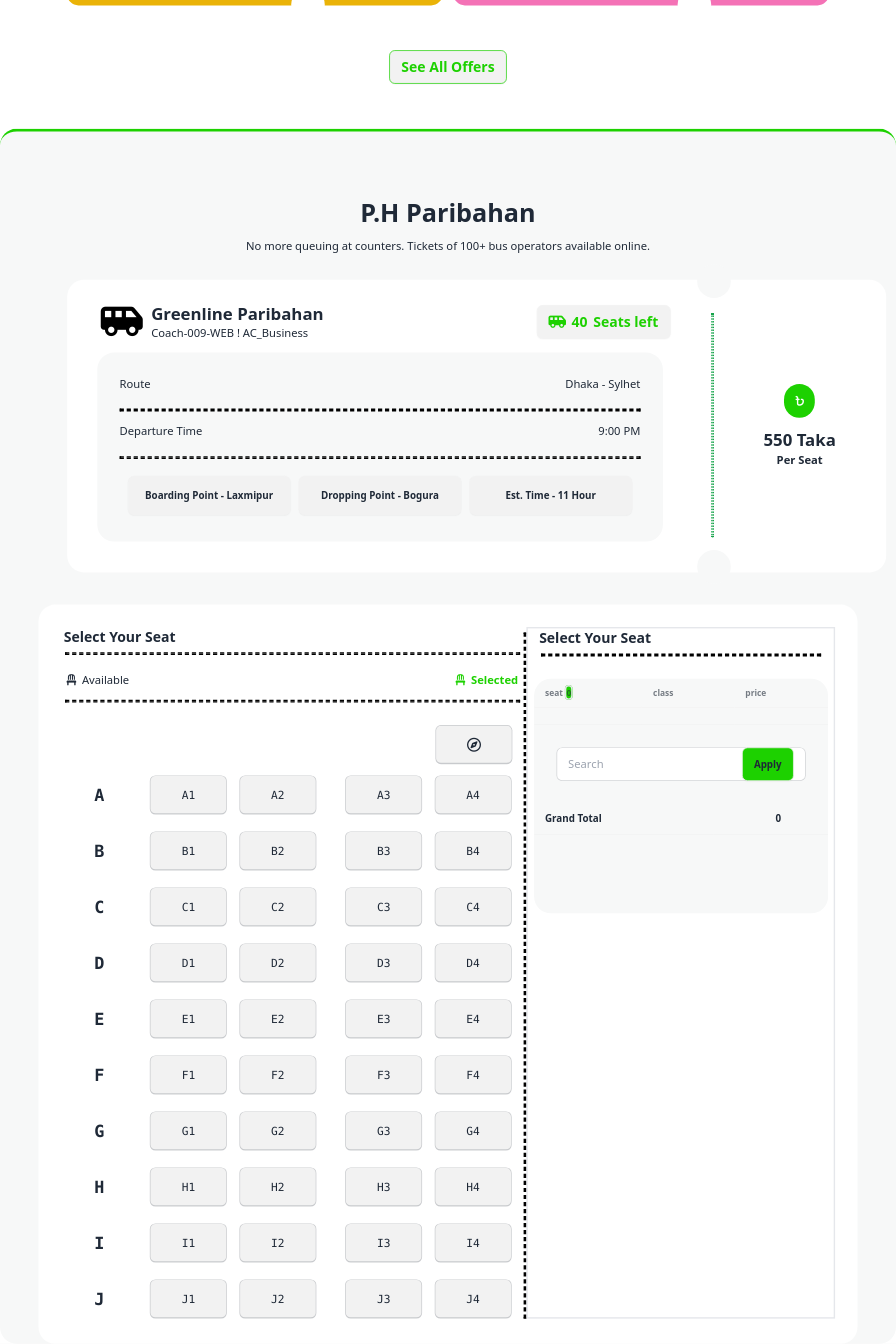
Repository: RudrasahaDibos/Smart-ticketing
Page: index.html
The author's editor kept a copy of each file at every save. The page is drawn from the files as they stood at one save, then again after a run of saves.
The browser window is 1280 px wide. The pictures show the part of the page from y = 1134 to 3054 px (the page is 3054 px tall), at 70% of full size.
Some web fonts or font styles are not loaded; a fallback is used. Some web libraries are served in a nearby version.

Above is the page before, as saved 2024-11-10 16:08:18.

### index.html
<!DOCTYPE html>
<html lang="en">
  <head>
    <meta charset="UTF-8">
    <meta name="viewport" content="width=device-width, initial-scale=1.0">
    <title>Smart-ticketing</title>
    <!-- tailwind link -->
    <link href="https://cdn.jsdelivr.net/npm/daisyui@4.12.14/dist/full.min.css"
      rel="stylesheet" type="text/css" />
    <script src="https://cdn.tailwindcss.com"></script>
    <!-- font awesome link -->
    <link rel="stylesheet"
      href="https://cdnjs.cloudflare.com/ajax/libs/font-awesome/6.6.0/css/all.min.css"
      integrity="sha512-Kc323vGBEqzTmouAECnVceyQqyqdsSiqLQISBL29aUW4U/M7pSPA/gEUZQqv1cwx4OnYxTxve5UMg5GT6L4JJg=="
      crossorigin="anonymous" referrerpolicy="no-referrer" />

    <!-- google fonts  -->
    <link rel="preconnect" href="https://fonts.googleapis.com">
    <link rel="preconnect" href="https://fonts.gstatic.com" crossorigin>
    <link
      href="https://fonts.googleapis.com/css2?family=Anton+SC&family=Manrope:wght@200..800&family=Raleway:ital,wght@0,100..900;1,100..900&display=swap"
      rel="stylesheet">

    <style>
.raleway{
  font-family: "Raleway", sans-serif;
}
</style>

  </head>
  <body>
    <!-- header ends here -->
    <header class="container mx-auto lg:pl-24 lg:pr-24 lg:pt-4 w-[1400px]">
      <div>
        <!-- navbar starts here -->
        <div class="navbar bg-base-100">
          <div class="navbar-start">
            <div class="dropdown">
              <div tabindex="0" role="button" class="btn btn-ghost lg:hidden">
                <svg
                  xmlns="http://www.w3.org/2000/svg"
                  class="h-5 w-5"
                  fill="none"
                  viewBox="0 0 24 24"
                  stroke="currentColor">
                  <path
                    stroke-linecap="round"
                    stroke-linejoin="round"
                    stroke-width="2"
                    d="M4 6h16M4 12h8m-8 6h16" />
                </svg>
              </div>
              <ul
                tabindex="0"
                class="menu menu-sm dropdown-content bg-base-100 rounded-box z-[1] mt-3 w-52 p-2 shadow">
                <li><a>Home</a></li>
                <li><a>About</a></li>
                <li><a>Destination</a></li>
                <li><a>Search</a></li>
              </ul>
            </div>
            <a class="btn btn-ghost text-2xl font-extrabold">E-Ticket</a>
          </div>
          <div class="navbar-center hidden lg:flex">
            <ul class="menu menu-horizontal px-1">
              <li><a>Home</a></li>
              <li><a>About</a></li>
              <li><a>Destination</a></li>
              <li><a>Search</a></li>
            </ul>
          </div>
          <div class="navbar-end">
            <a class="btn text-[#1DD100]  border-1  text-xl">Bus <i
                class="fa-solid fa-van-shuttle"></i></a>
          </div>
        </div>
      </div>

      <!-- banner start here -->

      <div
        class="hero h-[550px] mt-8 bg-[url('/images/banner.png')] rounded-3xl relative">

        <div class="hero-content text-neutral-content text-center">
          <div class>
            <h1 class="mb-5 text-5xl font-extrabold">End-to-End Travel with <br>
              <span class="text-5xl text-[#1DD100]  font-extrabold">P
                Paribahan</span></h1>
            <p class="mb-5">
              A one-stop solution for your travel needs

              Introducing you to the Shohoz way of life
            </p>
            <button class="btn bg-[#1DD100] border-none">Buy Tickets</button>
          </div>
        </div>
      </div>

      <!-- banner end here -->

      <!-- 3 card start here  -->

      <div
        class=" flex justify-between items-center gap-4 pl-16 pr-16 absolute -bottom-4   ">
        <div
          class="stat flex bg-white justify-center items-center shadow-xl  border-b-4 border-b-[#1DD100]  rounded-2xl w-[338px] h-[138px]">
          <div class="text-[#1DD100] text-2xl font-extrabold ">
            <i class="fa-solid fa-users"></i>
          </div>

          <div>
            <div class="stat-value">500K+</div>
            <div class="stat-desc text-xl ">Registered users</div>
          </div>

        </div>

        <div
          class="stat flex bg-white justify-center items-center  border-b-4 border-b-[#1DD100] shadow-xl  rounded-2xl w-[338px] h-[138px]">
          <div class="text-[#1DD100] text-2xl font-extrabold ">
            <i class="fa-solid fa-ticket  "></i>

          </div>

          <div>
            <div class="stat-value">1.7 lacks</div>
            <div class="stat-desc text-xl ">Tickets sold</div>
          </div>

        </div>

        <div
          class="stat flex bg-white justify-center items-center  border-b-4 border-b-[#1DD100] shadow-xl  rounded-2xl w-[338px] h-[138px]">
          <div class="text-[#1DD100] text-2xl font-extrabold ">
            <i class="fa-solid fa-van-shuttle"></i>

          </div>

          <div>
            <div class="stat-value">80K+</div>
            <div class="stat-desc text-xl ">Rental partners</div>
          </div>

        </div>
      </div>

      <!-- 3 card ends here -->

      <!-- navbar Ends here -->
    </header>
    <!-- header ends here -->

    <!-- main start here -->
    <main class>
      <!-- Best offers for you start here -->
      <section
        class="mt-40 container mx-auto  lg:pl-24 lg:pr-24 lg:pt-4 w-[1400px]">
        <h1 class="text-4xl font-semibold text-center">Best offers for you</h1>
        <!-- two card start here -->
        <div class="flex  flex-col lg:flex-row gap-4 mt-10">
          <div class="bg-yellow-500  w-[573px] h-[220px]  rounded-2xl">

            <div>

              <div class=" w-[50%] mt-14 ml-14">
                <h1 class="text-4xl font-extrabold">15% OFF</h1>
                <p class="text-xl font-bold">on your next purchase</p>
                <p class="text-xl font-bold">use by January 2024</p>
              </div>

              <div class=" w-1/4 -mt-20 ml-auto mr-14  text-center">
                <h1 class="text-4xl font-extrabold">NEW15</h1>
                <p class="text-xl font-bold">Coupon Code</p>

              </div>
            </div>
            <p
              class="bg-white w-[48px] h-[48px] absolute mx-auto rounded-full ml-80 -mt-40  "></p>
            <p
              class="bg-white w-[48px] h-[48px] absolute mx-auto rounded-full ml-80 mt-[55px]  "></p>
            <p
              class="border-2 border-dotted border-white relative w-0 h-32 -mt-[95px] ml-[343px]  "></p>

          </div>
          <div class="bg-pink-400   w-[573px] h-[220px] rounded-2xl">
            <div>

              <div class=" w-[50%] mt-14 ml-14">
                <h1 class="text-4xl font-extrabold">20% OFF</h1>
                <p class="text-xl font-bold">on your next purchase</p>
                <p class="text-xl font-bold">use by January 2024</p>
              </div>

              <div class="  w-2/4 -mt-20 ml-[300px] mr-14  text-center">
                <h1 class="text-4xl font-extrabold">Couple 20</h1>
                <p class="text-xl font-bold">Coupon Code</p>

              </div>
            </div>
            <p
              class="bg-white w-[48px] h-[48px] absolute mx-auto rounded-full ml-80 -mt-40  "></p>
            <p
              class="bg-white w-[48px] h-[48px] absolute mx-auto rounded-full ml-80 mt-[55px]  "></p>
            <p
              class="border-2 border-dotted border-white relative w-0 h-32 -mt-[95px] ml-[343px]  "></p>
          </div>
        </div>
        <div class=" text-center mt-16">
          <a class="btn text-[#1DD100]  border-1 border-[#1DD100] text-xl">See
            All Offers
          </a>
        </div>
        <!-- two card end here -->
      </section>

      <!-- Best offers for you ends here -->
      <!-- tickeing process start here -->
      <section
        class="bg-[#F7F8F8] w-full min-h-screen rounded-3xl mt-16 border-t-4 border-t-[#1DD100]">

        <div class="container mx-auto  lg:pl-24 lg:pr-24 lg:pt-4 w-[1400px]">
          <h1 class="text-4xl font-semibold text-center mt-20">P.H Paribahan
          </h1>
          <p class=" text-center w-[736px] h-[60px] mx-auto mt-4">No more
            queuing at counters. Tickets of 100+ bus operators available online.
          </p>
          <!-- Greenline Paribahan  start here-->

          <div
            class="bg-[#FFFFFF] w-[1170px] h-[418px] rounded-3xl  container mx-auto p-8 flex justify-between ">
            <div class=" w-3/4">
              <!-- Coach-009-WEB ! AC_Business start here -->
              <div class="flex justify-between ">

                <div class="flex justify-center items-center gap-3 ml-4 ">
                  <div class="text-5xl text-black  ">
                    <i class="fa-solid fa-van-shuttle "></i>
                  </div>
                  <div>
                    <h1 class="text-2xl font-bold">Greenline Paribahan</h1>
                    <p>Coach-009-WEB ! AC_Business</p>
                  </div>
                </div>

                <div class="flex felx-col justify-end mt-1">
                  <a class="btn text-[#1DD100]  border-1  text-xl"> <i
                      class="fa-solid fa-van-shuttle"></i> <span>40</span> Seats
                    left </a>
                </div>
              </div>
              <!-- Coach-009-WEB ! AC_Business end here -->

              <!-- Dhaka - Sylhet starts here -->
              <div
                class="bg-[#F7F8F8] w-[808px] h-[270px] mt-4 mx-auto rounded-3xl">

                <div class>
                  <div class="flex justify-between p-4 ">
                    <h1 class="ml-4 mt-4">Route</h1>
                    <h1 class="mr-4 mt-4">Dhaka - Sylhet</h1>
                  </div>

                  <div
                    class="border-dashed border-black border-2 mt-2  w-[744px] mx-auto h-0"></div>

                  <div class="flex justify-between p-4 ">
                    <h1 class="ml-4">Departure Time</h1>
                    <h1 class="mr-4">9:00 PM</h1>
                  </div>
                  <div
                    class="border-dashed border-black border-2 mt-2  w-[744px] mx-auto h-0"></div>

                  <div class="mt-2 p-4 flex justify-center items-center gap-3">
                    <button class="btn   w-[232px] h-[56px]">Boarding Point -
                      Laxmipur</button>
                    <button class="btn  w-[232px] h-[56px]">Dropping Point -
                      Bogura</button>
                    <button class="btn  w-[232px] h-[56px]">Est. Time - 11
                      Hour</button>
                  </div>
                </div>
              </div>
              <!-- Dhaka - Sylhet end here -->

            </div>

            <div
              class=" text-center flex flex-col justify-center items-center mr-10">
              <i
                class="fa-solid fa-bangladeshi-taka-sign bg-[#1DD100] rounded-full  p-4 text-white "></i>
              <h1 class="text-2xl font-semibold mt-4"><span>550</span> Taka</h1>
              <p class="font-bold">Per Seat</p>
            </div>

          </div>
          <p
            class="bg-[#F7F8F8] w-[48px] h-[48px] absolute mx-auto rounded-full ml-[900px] -mt-[440px]  "></p>
          <p
            class="bg-[#F7F8F8] w-[48px] h-[48px] absolute mx-auto rounded-full ml-[900px] -mt-8  "></p>
          <p
            class="border-2 border-dotted border-green-600 relative w-0 h-80 -mt-[370px] ml-[920px]  "></p>

          <!-- Greenline Paribahan  ends here-->
        </div>

        <!-- Select Your Seat star here  -->
        <div
          class="bg-[#FFFFFF] w-[1170px] h-[1056px] rounded-3xl mt-24 container mx-auto  ">

          <div class="flex justify-between p-8">
            <div class="w-3/5 ">
              <p class="font-semibold text-xl ml-1">Select Your Seat</p>
              <div
                class="border-dashed border-black border-2 mt-2  w-[650px] mx-auto h-0"></div>
              <!-- seat available start here -->
              <div class="flex justify-between mt-4">

                <div class="flex gap-2 justify-center items-center p-2 ">
                  <i class="fa-solid fa-chair"></i>
                  <p>Available</p>
                </div>
                <div
                  class="flex gap-2 justify-center items-center p-2 text-[#1DD100] ">
                  <i class="fa-solid fa-chair font-bold"></i>
                  <p class="font-bold">Selected</p>
                </div>

              </div>
              <!-- seat available ends here -->
              <div
                class="border-dashed border-black border-2 mt-2  w-[650px] mx-auto h-0"></div>
                <!-- seat planing start here -->
               <div class="mt-8">
                    <div class="text-end  mr-4">
                      <kbd class="kbd  h-[56px] w-[110px] text-center mx-auto "><i class="fa-regular fa-compass text-xl"></i></kbd>
                    </div>
                    <!-- seat  start here-->
                     <div class="flex  justify-between">
                          <!-- seat is with door start -->
                          <div class="grid grid-cols-3  w-3/5 ">
                                  <div class="mx-auto mt-4 space-y-6">
                                    <kbd class="kbd  w-[110px] h-[56px] bg-[#ffffff]  border-none font-bold text-2xl">A</kbd>
                                    <kbd class="kbd  w-[110px] h-[56px]  bg-[#ffffff] border-none font-bold text-2xl">B</kbd>
                                    <kbd class="kbd  w-[110px] h-[56px]  bg-[#ffffff] border-none font-bold text-2xl">C</kbd>
                                    <kbd class="kbd  w-[110px] h-[56px]  bg-[#ffffff] border-none font-bold text-2xl">D</kbd>
                                    <kbd class="kbd  w-[110px] h-[56px]  bg-[#ffffff] border-none font-bold text-2xl">E</kbd>
                                    <kbd class="kbd  w-[110px] h-[56px]  bg-[#ffffff] border-none font-bold text-2xl">F</kbd>
                                    <kbd class="kbd  w-[110px] h-[56px]  bg-[#ffffff] border-none font-bold text-2xl">G</kbd>
                                    <kbd class="kbd  w-[110px] h-[56px]  bg-[#ffffff] border-none font-bold text-2xl">H</kbd>
                                    <kbd class="kbd  w-[110px] h-[56px]  bg-[#ffffff] border-none font-bold text-2xl">I</kbd>
                                    <kbd class="kbd  w-[110px] h-[56px]  bg-[#ffffff] border-none font-bold text-2xl">J</kbd>
                                  </div>

                                  <div class="mt-4 space-y-6">
                                    <kbd class="kbd w-[110px] h-[56px] ">A1</kbd>
                                    <kbd class="kbd w-[110px] h-[56px] ">B1</kbd>
                                    <kbd class="kbd w-[110px] h-[56px] ">C1</kbd>
                                    <kbd class="kbd w-[110px] h-[56px] ">D1</kbd>
                                    <kbd class="kbd w-[110px] h-[56px] ">E1</kbd>
                                    <kbd class="kbd w-[110px] h-[56px] ">F1</kbd>
                                    <kbd class="kbd w-[110px] h-[56px] ">G1</kbd>
                                    <kbd class="kbd w-[110px] h-[56px] ">H1</kbd>
                                    <kbd class="kbd w-[110px] h-[56px] ">I1</kbd>
                                    <kbd class="kbd w-[110px] h-[56px] ">J1</kbd>
                                  </div>

                                  <div class="mt-4 space-y-6">
                                    <kbd class="kbd w-[110px] h-[56px] ">A2</kbd>
                                    <kbd class="kbd w-[110px] h-[56px] ">B2</kbd>
                                    <kbd class="kbd w-[110px] h-[56px] ">C2</kbd>
                                    <kbd class="kbd w-[110px] h-[56px] ">D2</kbd>
                                    <kbd class="kbd w-[110px] h-[56px] ">E2</kbd>
                                    <kbd class="kbd w-[110px] h-[56px] ">F2</kbd>
                                    <kbd class="kbd w-[110px] h-[56px] ">G2</kbd>
                                    <kbd class="kbd w-[110px] h-[56px] ">H2</kbd>
                                    <kbd class="kbd w-[110px] h-[56px] ">I2</kbd>
                                    <kbd class="kbd w-[110px] h-[56px] ">J2</kbd>
                                  </div>
                          </div>
                         <!-- seat is with door end -->

                          <!-- seat is driver start -->
                            <div class="grid grid-cols-2   w-2/5 ml-6">
                                    <div class="mx-auto mt-4 space-y-6">
                                      <kbd class="kbd w-[110px] h-[56px] ">A3</kbd>
                                      <kbd class="kbd w-[110px] h-[56px] ">B3</kbd>
                                      <kbd class="kbd w-[110px] h-[56px] ">C3</kbd>
                                      <kbd class="kbd w-[110px] h-[56px] ">D3</kbd>
                                      <kbd class="kbd w-[110px] h-[56px] ">E3</kbd>
                                      <kbd class="kbd w-[110px] h-[56px] ">F3</kbd>
                                      <kbd class="kbd w-[110px] h-[56px] ">G3</kbd>
                                      <kbd class="kbd w-[110px] h-[56px] ">H3</kbd>
                                      <kbd class="kbd w-[110px] h-[56px] ">I3</kbd>
                                      <kbd class="kbd w-[110px] h-[56px] ">J3</kbd>
                                    </div>
                                    <div class="mx-auto mt-4 space-y-6">
                                      <kbd class="kbd w-[110px] h-[56px] ">A4</kbd>
                                      <kbd class="kbd w-[110px] h-[56px] ">B4</kbd>
                                      <kbd class="kbd w-[110px] h-[56px] ">C4</kbd>
                                      <kbd class="kbd w-[110px] h-[56px] ">D4</kbd>
                                      <kbd class="kbd w-[110px] h-[56px] ">E4</kbd>
                                      <kbd class="kbd w-[110px] h-[56px] ">F4</kbd>
                                      <kbd class="kbd w-[110px] h-[56px] ">G4</kbd>
                                      <kbd class="kbd w-[110px] h-[56px] ">H4</kbd>
                                      <kbd class="kbd w-[110px] h-[56px] ">I4</kbd>
                                      <kbd class="kbd w-[110px] h-[56px] ">J4</kbd>
                                    </div>
                            </div>
                            <!-- seat is driver end -->
                     </div>

                     <!-- seat end here -->
               </div>

               <!-- seat planing end here -->



            </div>









            <div
              class="border-dashed border-black border-2 mt-2  w-[0px] mx-auto h-[980px]"></div>

            <div class="border-2  w-2/5 ">
              <p class="font-semibold text-xl ml-4">Select Your Seat</p>
              <div
                class="border-dashed border-black border-2 mt-2  w-[400px] mx-auto h-0"></div>

                <div class="bg-[#F7F8F8] w-[420px] h-[335px] rounded-3xl mx-auto mt-8 ">
                  <!-- table start here -->
                  <div class="overflow-x-auto">
                    <table class="table">
                      <!-- head -->
                      <thead>
                        <tr>

                          <th>seat <span class="bg-[#1DD100] rounded-full  border-2">0</span></th>
                          <th>class</th>
                          <th>price</th>
                        </tr>
                      </thead>
                      <tbody>
                        <!-- row 1 -->
                        <tr>

                          <td></td>
                          <td></td>
                          <td></td>
                        </tr>

                      </tbody>



                    </table>



                   <div class="p-8">
                    <label class="input input-bordered flex items-center gap-2">
                      <input type="text" class="grow" placeholder="Search" />
                      <button class="btn  bg-[#1DD100]">Apply</button>
                    </label>
                   </div>
                    <table class="table">
                      <tr>

                        <th>Grand Total</th>
                        <th></th>
                        <th>0</th>
                      </tr>
                    </table>

                  </div>
                  <!-- table ends here -->
                </div>

            </div>
          </div>

        </div>

        <!-- Select Your Seat end here  -->

      </section>
      <!-- tickeing process ends here -->

    </main>
    <!-- main ends here -->

    <!-- js add -->
    <script src="index.js"></script>
  </body>
</html>

Loaded but not shown: index.js (common file)

After the next 3 saves:
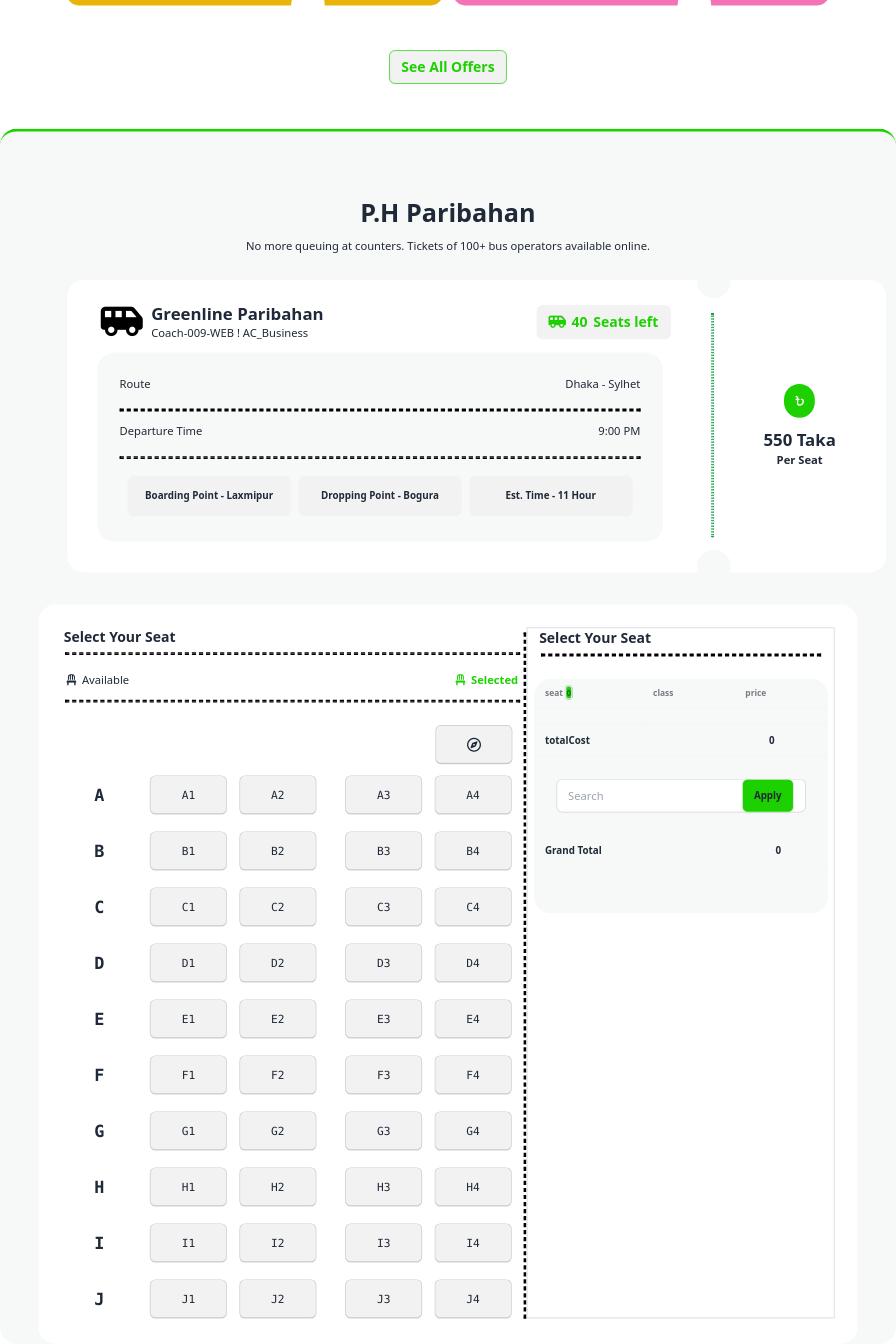
The 3 saves are shown as one change because they came seconds apart.
The last was saved 11 s later.
--- a/index.html
+++ b/index.html
@@ -461,7 +461,14 @@
 
 
                     </table>
-
+                   <table class="table">
+                    <tr>
+
+                      <th> totalCost</th>
+                      <th></th>
+                      <th>0</th>
+                    </tr>
+                   </table>
 
 
                    <div class="p-8">
